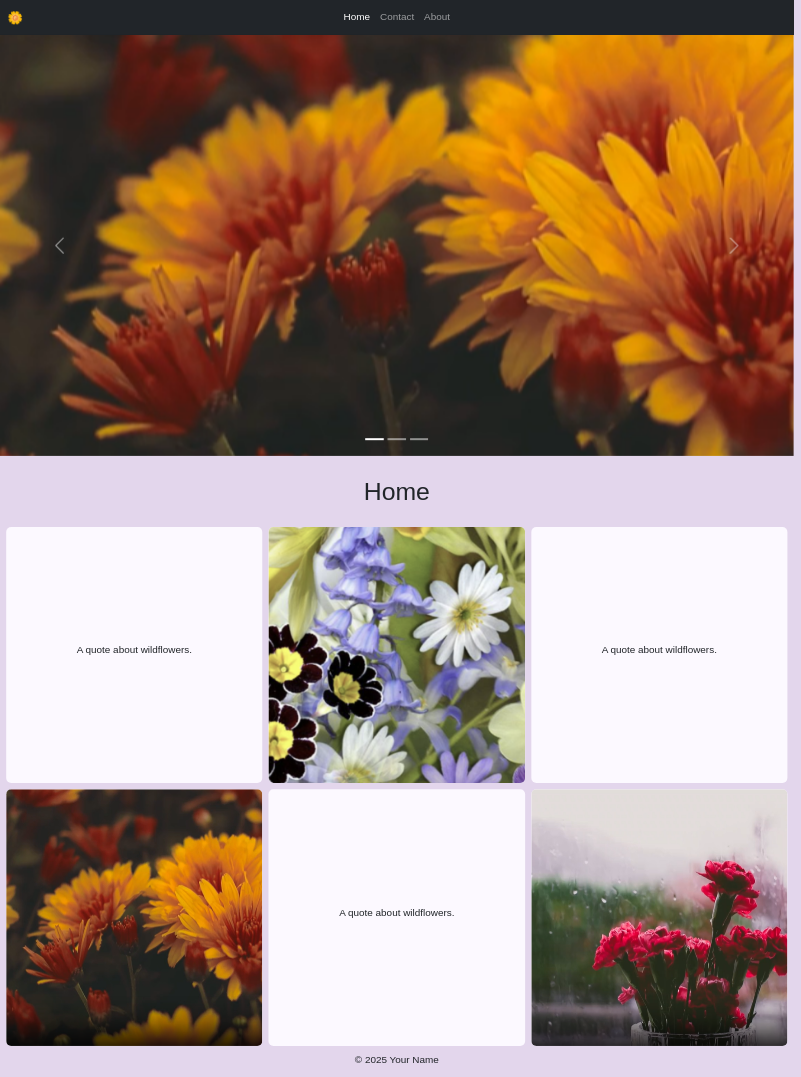
Repository: Brittany-Westlund/WebDesign
Page: FinalProject/index.html
These files come from the project's save history. The page is drawn as it stood at one moment and after the next save; the edit follows.
The browser window is 1280 px wide. The page is 1280 px wide, then 1292 px, so the pictures cover 1292 px, including what lies to the right of the window. The pictures show the whole page, at 62% of full size.
Some web fonts or font styles are not loaded; a fallback is used.

Above is the page before, as saved 2025-06-16 20:07:44.

### FinalProject/index.html
<!DOCTYPE html>
<html lang="en">
  <head>
    <meta charset="UTF-8">
    <meta name="viewport" content="width=device-width, initial-scale=1.0">
    <meta name="description" content="A personal website designed to showcase work, ideas, and personality.">

    <title>The title of the browser tab</title>

    <link href="https://cdn.jsdelivr.net/npm/bootstrap@5.3.0/dist/css/bootstrap.min.css" rel="stylesheet">

    <link rel="preconnect" href="https://fonts.googleapis.com">
    <link rel="preconnect" href="https://fonts.gstatic.com" crossorigin>
    <link href="https://fonts.googleapis.com/css2?family=Delius&display=swap" rel="stylesheet">

    <link rel="stylesheet" href="style/style.css">

    <link rel="icon" type="image/x-icon" href="images/favicon.ico">
  </head>
  <body>

    <nav class="navbar navbar-expand-lg sticky-top bg-dark" data-bs-theme="dark">
    <div class="container-fluid">
      <a class="navbar-brand" href="#">🌼</a>
        <button class="navbar-toggler ms-auto" type="button" data-bs-toggle="collapse" data-bs-target="#navbarSupportedContent" aria-controls="navbarSupportedContent" aria-expanded="false" aria-label="Toggle navigation">
          <span class="navbar-toggler-icon"></span>
    </button>
    <div class="collapse navbar-collapse" id="navbarSupportedContent">
    <ul class="navbar-nav mx-auto mb-2 mb-lg-0 align-items-end">
      <li class="nav-item">
        <a class="nav-link active" aria-current="page" href="index.html">Home</a>
      </li>
      <li class="nav-item">
        <a class="nav-link" href="contact.html">Contact</a>
      </li>
      <li class="nav-item">
        <a class="nav-link" href="about.html">About</a>
      </li> <!-- I added this entire list item to Bootstrap's default code. Add more if needed! -->
    </ul>
    </div>
  </div>
  </nav>

   <!-- Here is my carousel section -->
  <div id="carouselExampleIndicators" class="carousel slide">
        <div class="carousel-indicators">
          <button type="button" data-bs-target="#carouselExampleIndicators" data-bs-slide-to="0" class="active" aria-current="true" aria-label="Slide 1"></button>
          <button type="button" data-bs-target="#carouselExampleIndicators" data-bs-slide-to="1" aria-label="Slide 2"></button>
          <button type="button" data-bs-target="#carouselExampleIndicators" data-bs-slide-to="2" aria-label="Slide 3"></button>
        </div>
        <div class="carousel-inner">
          <div class="carousel-item active">
            <img src="images/orange-flowers.png" class="d-block w-100" alt="Orange wildflowers">
          </div>
          <div class="carousel-item">
            <img src="images/red-flowers.png" class="d-block w-100" alt="A red flower in the rain.">
          </div>
          <div class="carousel-item">
            <img src="images/wildflowers-square.png" class="d-block w-100" alt="A closeup of wildflowers.">
          </div>
        </div>
        <button class="carousel-control-prev" type="button" data-bs-target="#carouselExampleIndicators" data-bs-slide="prev">
          <span class="carousel-control-prev-icon" aria-hidden="true"></span>
          <span class="visually-hidden">Previous</span>
        </button>
        <button class="carousel-control-next" type="button" data-bs-target="#carouselExampleIndicators" data-bs-slide="next">
          <span class="carousel-control-next-icon" aria-hidden="true"></span>
          <span class="visually-hidden">Next</span>
        </button>
      </div>

    <header>
      <h1>Home</h1>
    </header>
    <main>

    <!-- Here is my gallery section -->
    <div class="gallery">
      <div class="item"><p>A quote about wildflowers.</p></div>
      <div class="item"><img src="images/wildflowers-square.png" alt="A closeup of wildflowers"></div>
      <div class="item"><p>A quote about wildflowers.</p></div>
      <div class="item"><img src="images/orange-flowers.png" alt="A closeup of orange flowers"></div>
      <div class="item"><p>A quote about wildflowers.</p></div>
      <div class="item"><img src="images/red-flowers.png" alt="A closeup of red flowers"></p></div>
    </div>



    </main>
    <footer>
      <p>&copy; <span id="year"></span> Your Name</p>

      <script>
      document.getElementById("year").textContent = new Date().getFullYear();
      </script>
    </footer>
    <script src="https://cdn.jsdelivr.net/npm/bootstrap@5.3.0/dist/js/bootstrap.bundle.min.js"></script>
  </body>
</html>

### FinalProject/style/style.css
.delius-regular {
  font-family: "Delius", cursive;
  font-weight: 400;
  font-style: normal;
}

body {
  background-color: #e3d6ec;
  margin: 0;
  font-family: "Delius", sans-serif;
}

.navbar-brand {
  position: absolute;
  top: 8px;
}

.carousel-item img {
  max-height: 680px;
  object-fit: cover;
  width: 100%;
}

header {
  text-align: center;
  margin-top: 2rem;
  margin-bottom: 1.5rem;
}

.gallery {
  display: grid;
  grid-template-columns: repeat(auto-fit, minmax(400px, 1fr));
  gap: 10px;
  margin: auto;
  padding: 10px;
}

.item {
  background-color: #fcf9ff;
  border-radius: 8px;
  aspect-ratio: 1 / 1;
  display: flex;
  justify-content: center;
}

.item img {
  padding: 0;
  width: 100%;
  height: auto; /* maintains the image's aspect ratio */
  display: block; /* clears any space after the image */
  border-radius: 8px;

}

.item p {
  text-align: center;
  display: flex;
  align-items: center;
}

footer {
  text-align: center;
}









@media (max-width: 600px) {
  /* Styles for mobile screens */
}

@media (min-width: 600px) and (max-width: 1024px) {
  /* Styles for tablets */
}

After the next save:
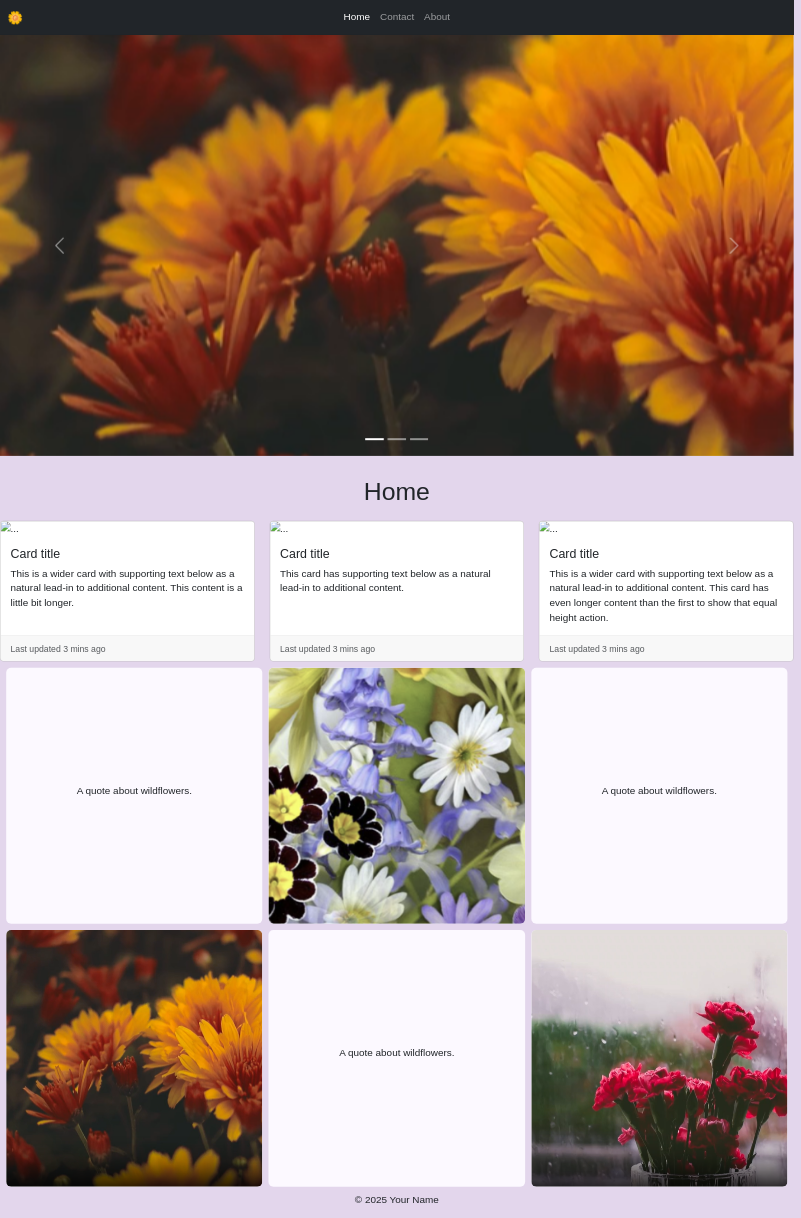
Not found: FinalProject/...
Saved 22 min 15 s later.
--- a/FinalProject/index.html
+++ b/FinalProject/index.html
@@ -74,6 +74,48 @@
     </header>
     <main>
 
+   <!-- Here is my card group section -->
+    <div class="row row-cols-1 row-cols-md-3 g-4">
+      <div class="col">
+        <div class="card h-100">
+          <img src="..." class="card-img-top" alt="...">
+          <div class="card-body">
+            <h5 class="card-title">Card title</h5>
+            <p class="card-text">This is a wider card with supporting text below as a natural lead-in to additional content. This content is a little bit longer.</p>
+          </div>
+          <div class="card-footer">
+            <small class="text-body-secondary">Last updated 3 mins ago</small>
+          </div>
+        </div>
+      </div>
+      <div class="col">
+        <div class="card h-100">
+          <img src="..." class="card-img-top" alt="...">
+          <div class="card-body">
+            <h5 class="card-title">Card title</h5>
+            <p class="card-text">This card has supporting text below as a natural lead-in to additional content.</p>
+          </div>
+          <div class="card-footer">
+            <small class="text-body-secondary">Last updated 3 mins ago</small>
+          </div>
+        </div>
+      </div>
+      <div class="col">
+        <div class="card h-100">
+          <img src="..." class="card-img-top" alt="...">
+          <div class="card-body">
+            <h5 class="card-title">Card title</h5>
+            <p class="card-text">This is a wider card with supporting text below as a natural lead-in to additional content. This card has even longer content than the first to show that equal height action.</p>
+          </div>
+          <div class="card-footer">
+            <small class="text-body-secondary">Last updated 3 mins ago</small>
+          </div>
+        </div>
+      </div>
+    </div>
+
+
+
     <!-- Here is my gallery section -->
     <div class="gallery">
       <div class="item"><p>A quote about wildflowers.</p></div>

After the save that followed:
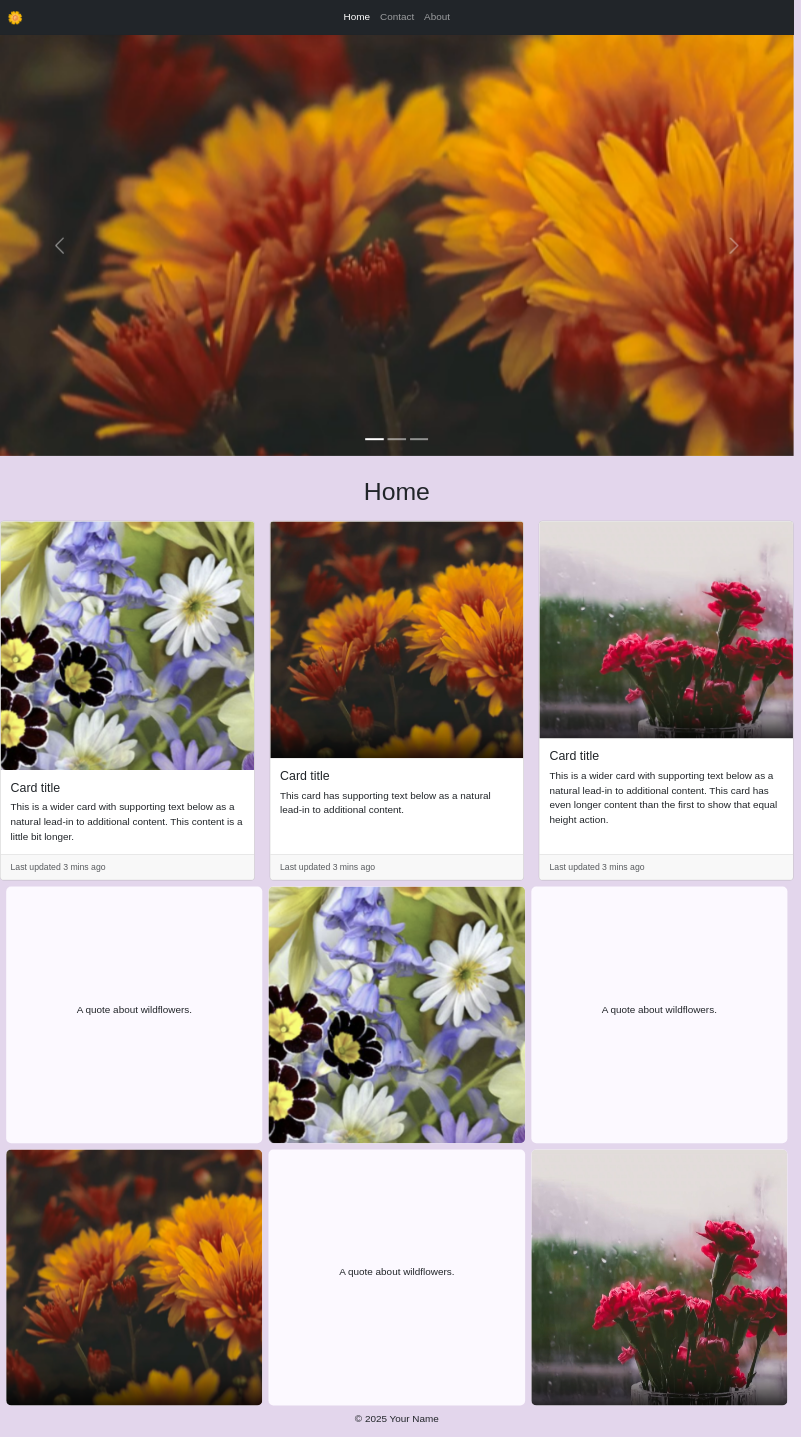
Saved 79 s later.
--- a/FinalProject/index.html
+++ b/FinalProject/index.html
@@ -78,7 +78,7 @@
     <div class="row row-cols-1 row-cols-md-3 g-4">
       <div class="col">
         <div class="card h-100">
-          <img src="..." class="card-img-top" alt="...">
+          <img src="images/wildflowers-square.png" class="card-img-top" alt="A closeup of wildflowers">
           <div class="card-body">
             <h5 class="card-title">Card title</h5>
             <p class="card-text">This is a wider card with supporting text below as a natural lead-in to additional content. This content is a little bit longer.</p>
@@ -90,7 +90,7 @@
       </div>
       <div class="col">
         <div class="card h-100">
-          <img src="..." class="card-img-top" alt="...">
+          <img src="images/orange-flowers.png" class="card-img-top" alt="Orange flowers">
           <div class="card-body">
             <h5 class="card-title">Card title</h5>
             <p class="card-text">This card has supporting text below as a natural lead-in to additional content.</p>
@@ -102,7 +102,7 @@
       </div>
       <div class="col">
         <div class="card h-100">
-          <img src="..." class="card-img-top" alt="...">
+          <img src="images/red-flowers.png" class="card-img-top" alt="Red flower in the rain">
           <div class="card-body">
             <h5 class="card-title">Card title</h5>
             <p class="card-text">This is a wider card with supporting text below as a natural lead-in to additional content. This card has even longer content than the first to show that equal height action.</p>
